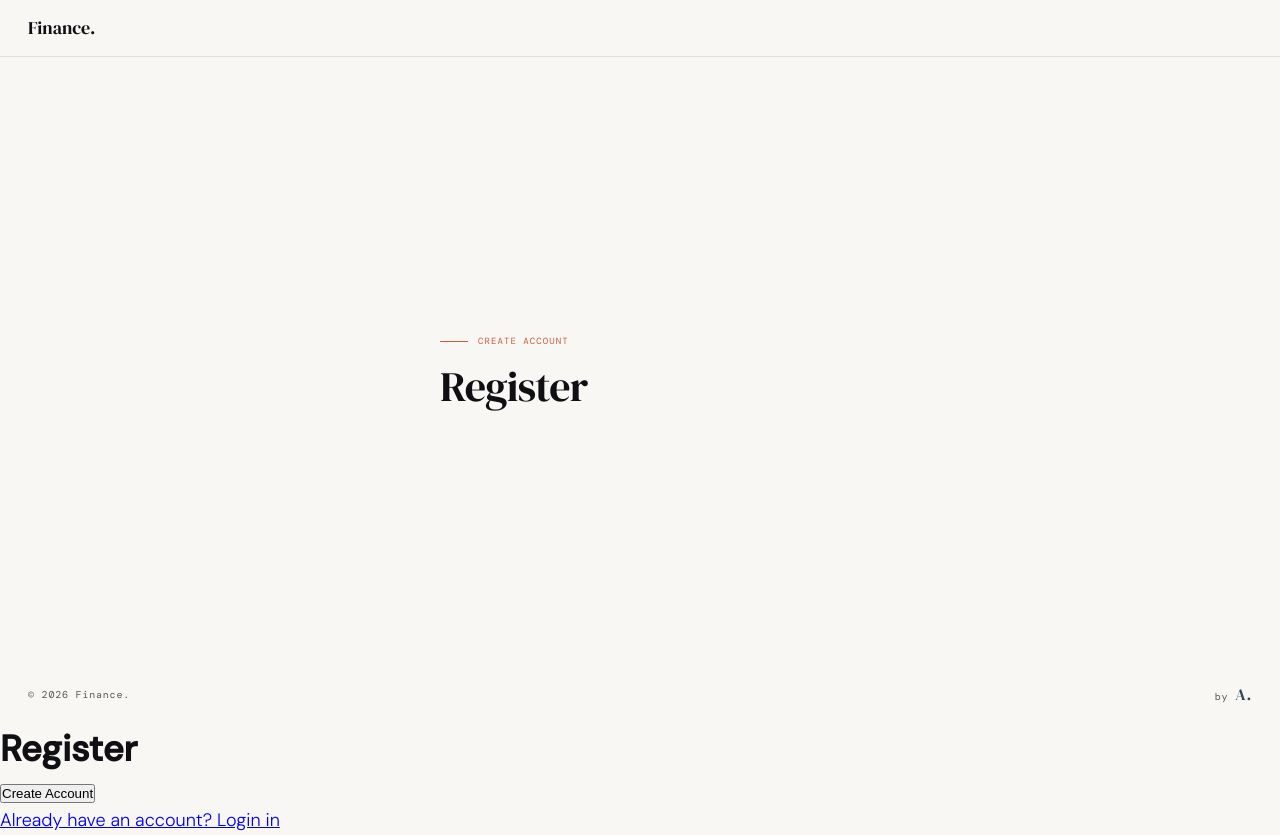
Repository: adtm0/Fined
Page: tracker/templates/tracker/register.html
An editor plug-in stored every save of this project. The page is shown before and after a run of saves, followed by the edit.
The browser window is 1280 px wide. The pictures show the whole page.
Some web fonts or font styles are not loaded; a fallback is used. The template is drawn by Django 4.2. The application's start-up code is not run. The template is opened directly, without the code that normally fills it, so the values that code supplies are empty.

Above is the page before, as saved 2026-05-01 21:45:37.

After the next 2 saves:
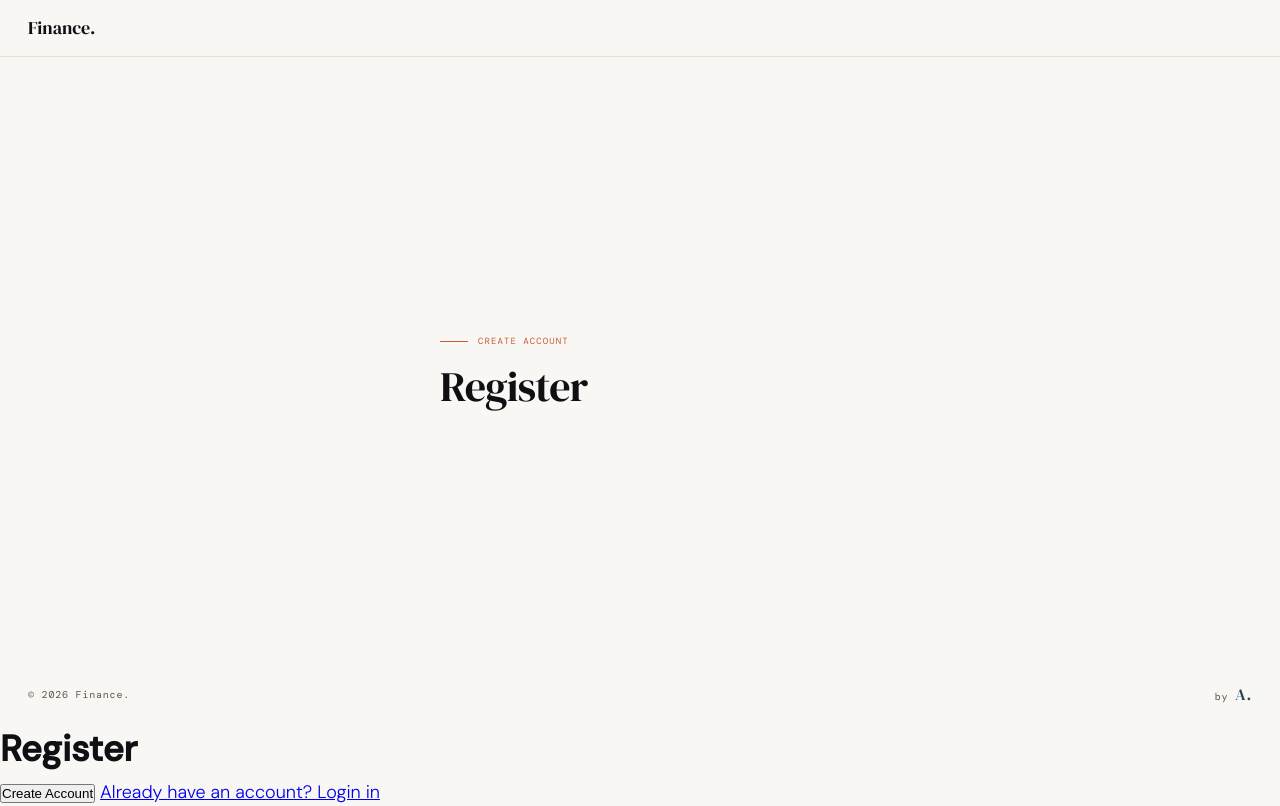
The 2 saves are shown as one change because they came seconds apart.
The last was saved 12 s later.
--- a/tracker/templates/tracker/register.html
+++ b/tracker/templates/tracker/register.html
@@ -12,6 +12,8 @@
       <p class="auth-error">Please fix the errors below.</p>
     {% endif %}
 
+    <form method="POST" class="w-50">
+
   </div>
 </div>
 <h1 class="mb-4">Register</h1>

After the 4 saves that followed:
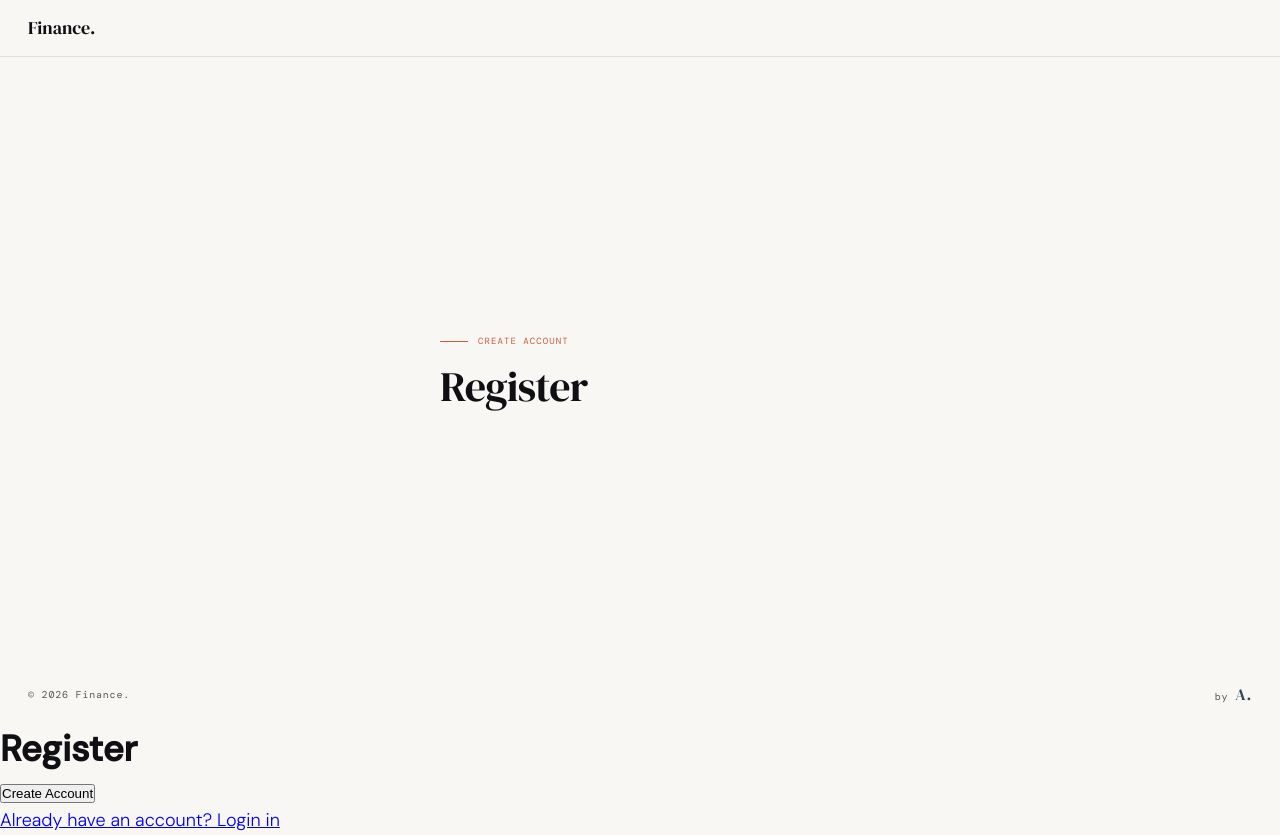
The 4 saves are shown as one change because 1 left the picture as it was and some came seconds apart.
The last was saved 33 s later.
--- a/tracker/templates/tracker/register.html
+++ b/tracker/templates/tracker/register.html
@@ -12,7 +12,8 @@
       <p class="auth-error">Please fix the errors below.</p>
     {% endif %}
 
-    <form method="POST" class="w-50">
+    <form method="POST">
+  </form>
 
   </div>
 </div>
